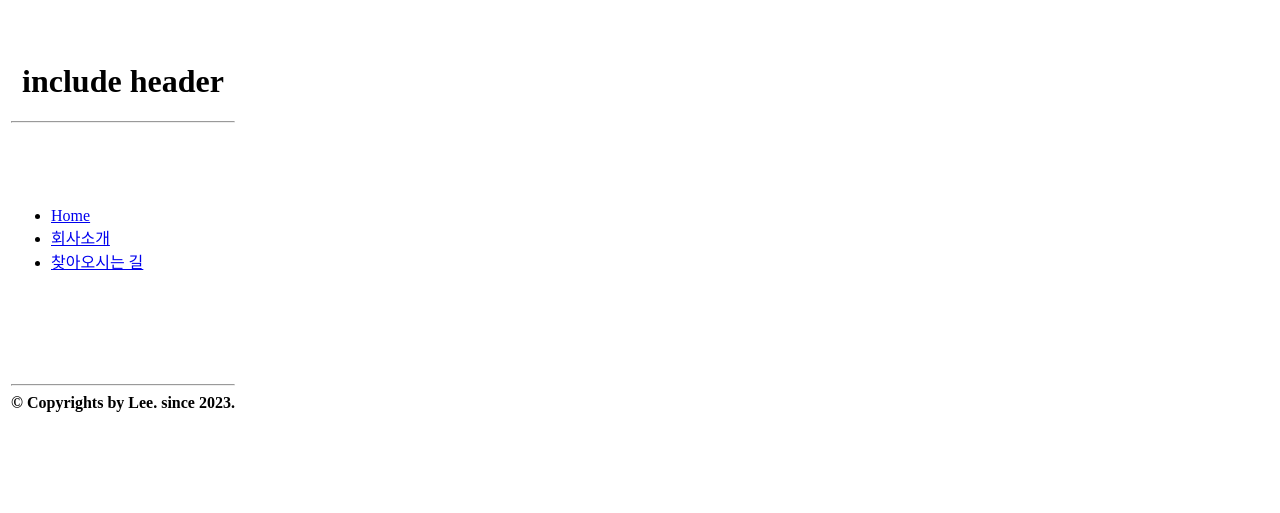
Repository: gh-56/jsp_workspace_al
Page: http://localhost/12_template_page/index.jsp?page=default
An editor plug-in stored every save of this project. The page is shown before and after the next save, followed by the edit.
The browser window is 1280 px wide. The pictures show the whole page.
The page is served by Tomcat 9.

Above is the page before, as saved 2023-10-18 02:05:42.

### 12_template_page/src/main/webapp/index.jsp
<%@ page language="java" contentType="text/html; charset=UTF-8"
    pageEncoding="UTF-8"%>
<!DOCTYPE html>
<html>
<head>
<meta charset="UTF-8">
<title>index.jsp</title>
</head>
<body>
	<table>
		<tr>
			<th colspan="2" height="150">
				<jsp:include page="header.jsp"></jsp:include>
			</th>
		</tr>
		<tr>
			<td colspan="2" height="150">
				<jsp:include page="aside.jsp"></jsp:include>
			</td>
			<td width="790">
				<!-- 본문 내용 -->
			</td>
		</tr>
		<tr>
			<th colspan="2" height="150">
				<jsp:include page="footer.jsp"></jsp:include>
			</th>
		</tr>
	</table>
</body>
</html>

### 12_template_page/src/main/webapp/header.jsp
<%@ page language="java" contentType="text/html; charset=UTF-8"
    pageEncoding="UTF-8"%>
<!-- header.jsp -->
<h1>include header</h1>
<hr/>

### 12_template_page/src/main/webapp/aside.jsp
<%@ page language="java" contentType="text/html; charset=UTF-8"
    pageEncoding="UTF-8"%>
<!-- aside.jsp -->
<aside>
	<ul>
		<li>
			<a href="index.jsp">Home</a>
		</li>
		<li>
			<a href="index.jsp">회사소개</a>
		</li>
		<li>
			<a href="index.jsp">찾아오시는 길</a>
		</li>
	</ul>
</aside>

### 12_template_page/src/main/webapp/footer.jsp
<%@ page language="java" contentType="text/html; charset=UTF-8"
    pageEncoding="UTF-8"%>
<!-- footer.jsp -->
<hr/>
<center>
	&copy; Copyrights by Lee. since 2023.
</center>

After the next save:
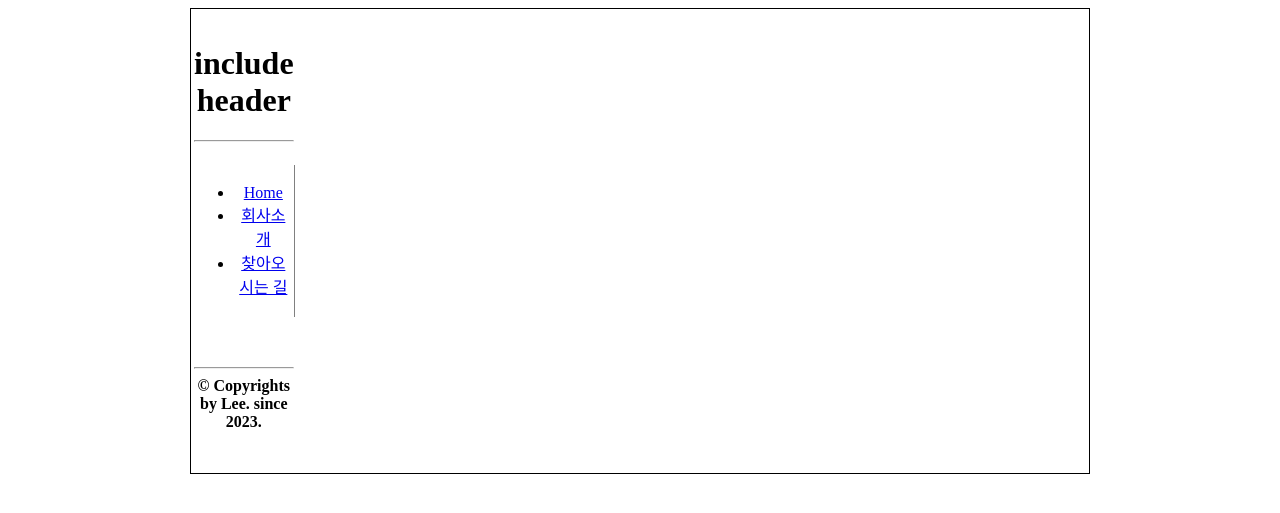
Saved 2 min 56 s later.
--- a/12_template_page/src/main/webapp/index.jsp
+++ b/12_template_page/src/main/webapp/index.jsp
@@ -5,6 +5,17 @@
 <head>
 <meta charset="UTF-8">
 <title>index.jsp</title>
+<style>
+	table{
+		margin:0 auto;
+		text-align: center;
+		border: 1px solid black;
+		width: 900px;
+	}
+	table tr td:first-child{
+		border-right:1px solid gray;
+	}
+</style>
 </head>
 <body>
 	<table>
